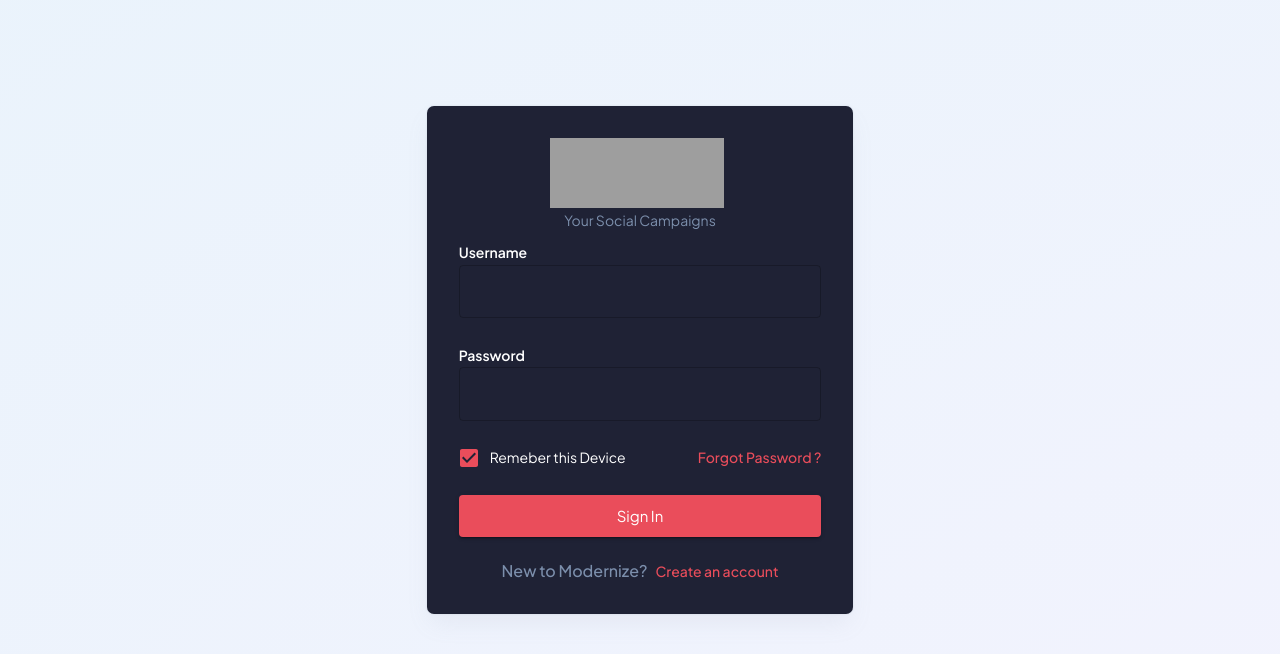
Repository: NoteDevil/adminpanel.dragon-games.com
Page: /authentication/login
The author's editor kept a copy of each file at every save. The page is drawn from the files as they stood at one save, then again after the next save.
The browser window is 1280 px wide. The pictures show the whole page.
Pictures or frames that could not be fetched are drawn as grey boxes. The project was rebuilt for these pictures with package versions that can differ from the ones it lists, and the page was loaded fresh each time. The framework's server and built-in components were replaced by stand-ins that run in the browser. Also part of the build but not shown: next.config.js.

Above is the page before, as saved 2024-09-12 21:47:39.

After the next save:
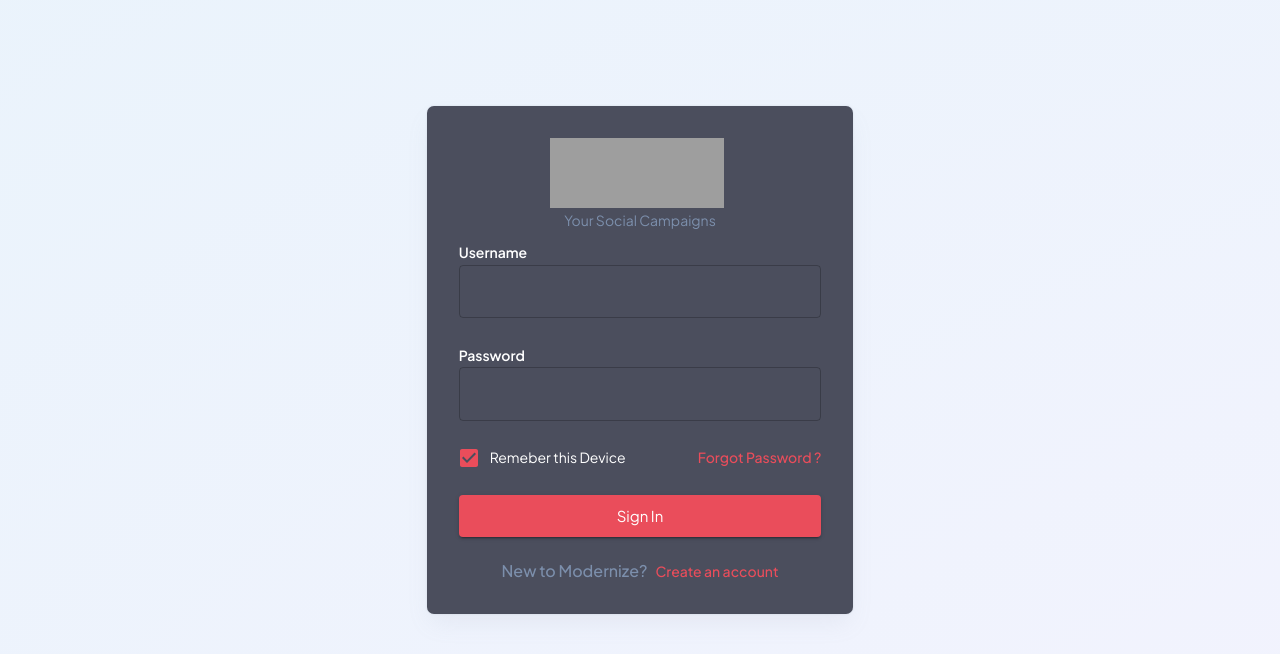
Saved 11 s later.
--- a/src/utils/theme/DefaultColors.tsx
+++ b/src/utils/theme/DefaultColors.tsx
@@ -12,7 +12,7 @@ const baselightTheme = createTheme({
   direction: "ltr",
   palette: {
     background: {
-      paper: "#1F2235",
+      paper: "#4b4e5d",
     },
     primary: {
       main: "#EA4D5B",
